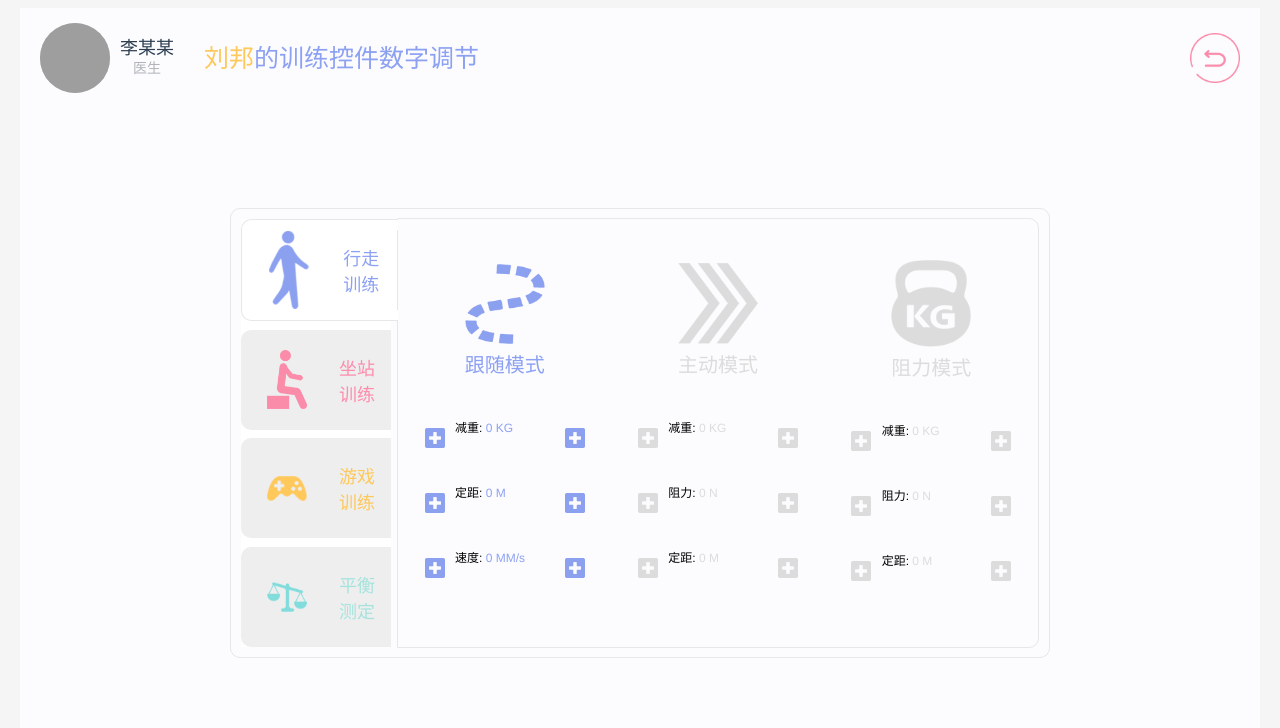
Repository: wangdanqing90/electron-vue-doctor
Page: /#/trainingAdjust
These files come from the project's save history. The page is drawn as it stood at one moment and after the next save; the edit follows.
The browser window is 1280 px wide. The pictures show the whole page.
Pictures or frames that could not be fetched are drawn as grey boxes. The project was rebuilt for these pictures with package versions that can differ from the ones it lists, and the page was loaded fresh each time. Also part of the build but not shown: vue.config.js, src/views/Home.vue, src/assets/styles/variable.scss, src/assets/styles/iconfont.css.

Above is the page before, as saved 2020-01-15 15:39:06.

After the next save:
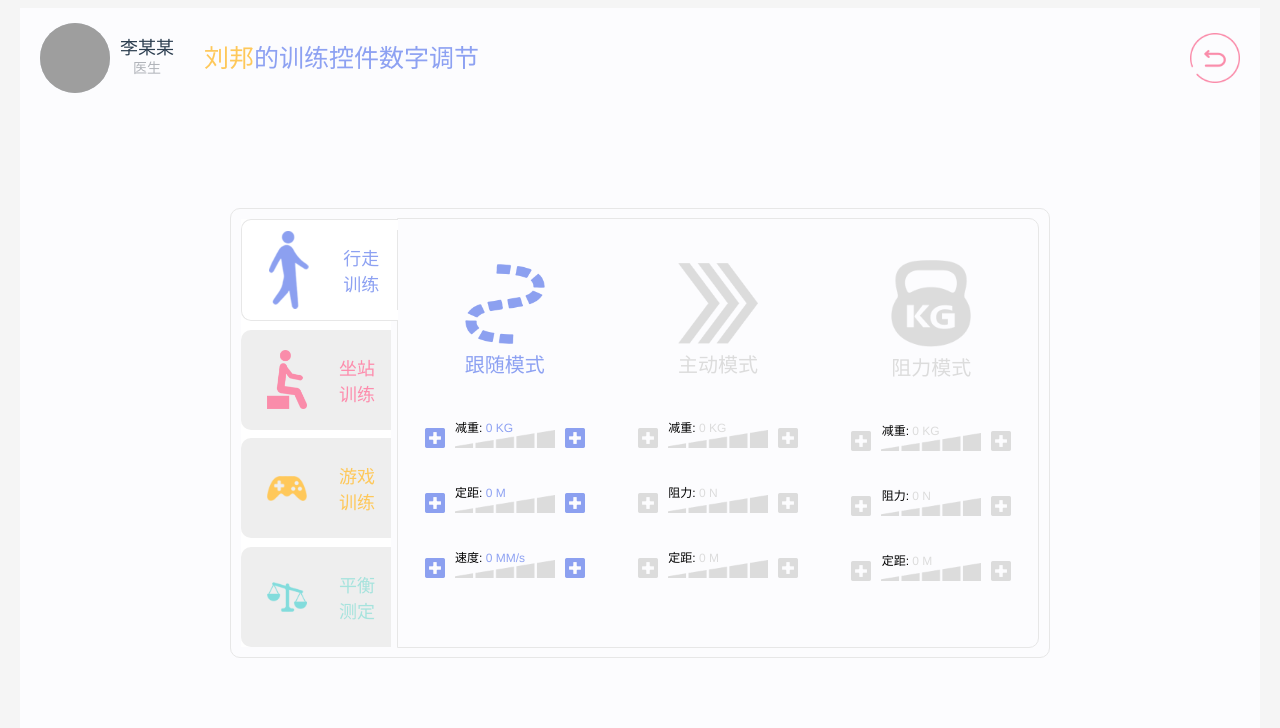
Saved 58 s later.
--- a/src/components/Adjust/Adjust.vue
+++ b/src/components/Adjust/Adjust.vue
@@ -50,7 +50,7 @@ export default {
         require("@/../images/blue_4.png"),
         require("@/../images/blue_5.png")
       ];
-      this.imgSrc = this.imgArry[this.total];
+      this.imgSrc = this.imgArry[0];
     }
   },
   methods: {
